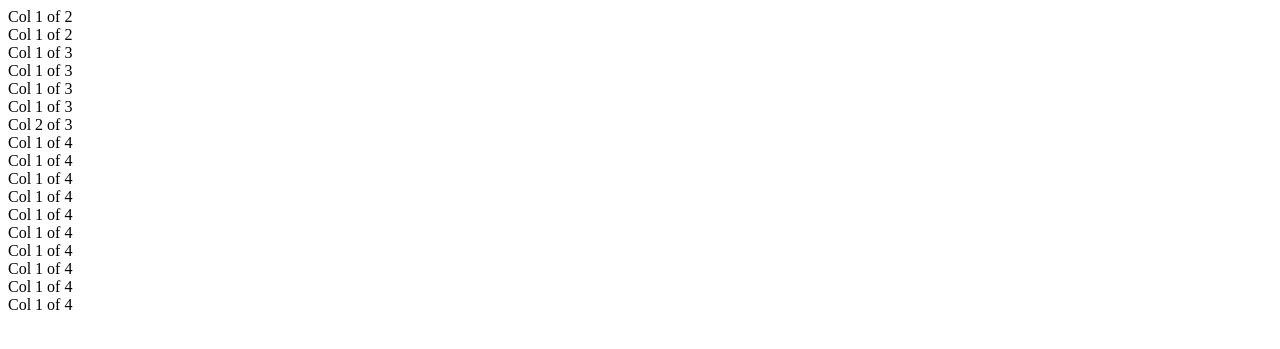
Repository: haokiet2501/grid-basic
Page: index.html
These files come from the project's save history. The page is drawn as it stood at one moment and after a run of saves; the edit follows.
The browser window is 1280 px wide. The pictures show the whole page.

Above is the page before, as saved 2022-08-11 17:10:11.

After the next 2 saves:
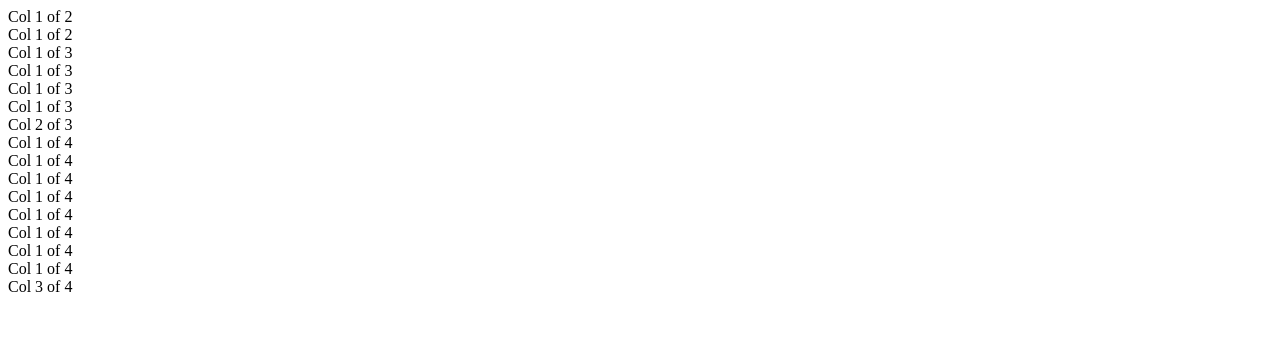
The 2 saves are shown as one change because they came seconds apart.
The last was saved 8 s later.
--- a/index.html
+++ b/index.html
@@ -71,10 +71,7 @@
                 Col 1 of 4
             </div>
             <div class="col-1-of-4">
-                Col 1 of 4
-            </div>
-            <div class="col-2-of-4">
-                Col 1 of 4
+                Col 3 of 4
             </div>
         </div>
 
